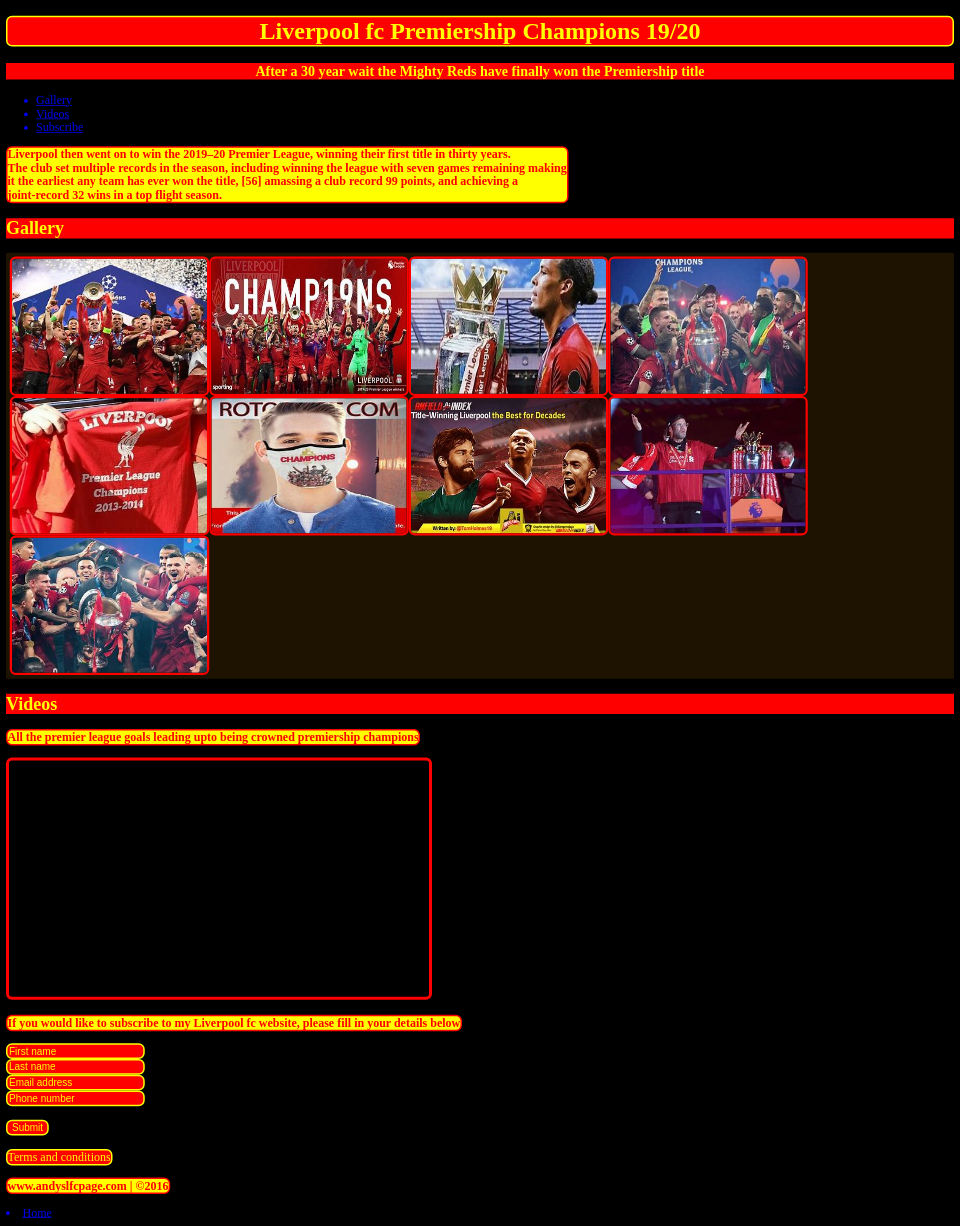
Repository: andyd71/HTML_and_CSS
Page: one_page_website/One_Page_Website.html
The author's editor kept a copy of each file at every save. The page is drawn from the files as they stood at one save, then again after the next save.
The browser window is 1280 px wide. The pictures show the whole page, at 75% of full size.
Pictures or frames that could not be fetched are drawn as grey boxes.

Above is the page before, as saved 2020-10-09 13:46:34.

### one_page_website/One_Page_Website.html
<!DOCTYPE html>
<html lang="en">
<head>
<meta charset="utf-8">
<title>My LFC webpage</title>
<link rel = "stylesheet" type = "text/CSS" href = "./css/One_Page_Website.css">
</head>
<body>
<div id="home">
<header>
<h1>Liverpool fc Premiership Champions 19/20 </h1>
<h3>After a 30 year wait the Mighty Reds have finally won the Premiership title</h3>
</header>
<!--NAV-->

</div>
<div>
<ul>
<a href="#gallery"><li>Gallery</li>
<a href="#videos"><li>Videos</li>
<a href="#subscription"><li>Subscribe</li></a>
</ul>
</div>
<!--END NAV-->
<!--HOME-->
<div id="home">
<p>Liverpool then went on to win the 2019–20 Premier League, winning their first title in thirty years.<br>
 The club set multiple records in the season, including winning the league with seven games remaining making<br>
 it the earliest any team has ever won the title, [56] amassing a club record 99 points, and achieving a <br>
 joint-record 32 wins in a top flight season.</p>
 </div>
 <!--END HOME-->
 <!--GALLERY-->
 <h2>Gallery</h2>
 <div id="gallery">
    <div id="flex-container">

 <img src="./images/lfc1.jpeg" alt="lfc celebrations"></img><br>
 <img src="./images/lfc2.jpeg" alt="lfc celebrations2"></img><br>
 <img src="./images/lfc3.jpeg" alt="van dyk and trophy"></img><br>
 <img src="./images/lfc4.jpeg" alt="jurgen klopp"></img><br>
 <img src="./images/lfc5.jpeg" alt="lfc t shirt"></img><br>
 <img src="./images/lfc6.jpeg" alt="lfc face mask"></img><br>
 <img src="./images/lfc7.jpeg" alt="lfc trio"></img><br>
 <img src="./images/lfc8.jpeg" alt="jurgen klopp 2"></img><br>
 <img src="./images/lfc9.jpeg" alt="jurgen klopp 3"></img><br>
</div>
</div>
 <!--END GALLERY-->
 <!--VIDEO-->
 <div id="videos">
 <h2>Videos</h2>
 <p>All the premier league goals leading upto being crowned premiership champions</p>
 <iframe width="560" height="315" src="https://www.bing.com/videos/search?q=lfc+premier+league+champions&&view=detail&mid=1A960A4E3B330AA705841A960A4E3B330AA70584&&FORM=VRDGAR&ru=%2Fvideos%2Fsearch%3Fq%3Dlfc%2Bpremier%2Bleague%2Bchampions%26qs%3DAS%26form%3DQBVLPG%26sp%3D1%26pq%3Dlfc%2Bpremier%26sc%3D8-11%26cvid%3DD1CF79B54EFC4960A0E7F0BA9E0FD3FC" frameborder="0" allow="accelerometer; encrypted-media; gyroscope; picture-in-picture" allowfullscreen></iframe>
 </div>
<!--END VIDEO-->
<!--SUBSCRIPTION-->
<div id="subscription">
<p>If you would like to subscribe to my Liverpool fc website, please fill in your details below</p>

<form action="" method="post">
<input class="subscription" type="text" value="First name"><br>
<input class="subscription" type="text" value="Last name"><br>
<input class="subscription" type="text" value="Email address"><br>
<input class="subscription" type="text" value="Phone number"><br><br>
<input type="submit" value="Submit"><br><br>
<div id= "terms">
<label class="terms">Terms and conditions</label><br>
</div>
</form>
</div>
<!--END SUBSCRIPTION-->

<!--FOOTER-->
<footer>
<div>
<p>www.andyslfcpage.com&nbsp;|&nbsp;&copy;2016</p>


</div>
<a href="#home" id="link"><li>Home</li>
</footer>
<!--END FOOTER-->

### one_page_website/css/One_page_website.css

body {
	background-color: black;
}



h1 {

	color : yellow;
	text-align : center;
	font-weight : bold;
	background : red;
	border: 2px solid yellow;
	border-radius: 8px;
}
h3 {
	color : yellow;
	text-align : center;
	background : red;
}
h2 {
	color : yellow;
	background : red;
}



p  {
	color : red;
	background: yellow;
	border: 2px solid red;
	border-radius: 8px;
	font-size: 16px;
	font-weight: 900;
	width: fit-content;
}

 input {
	border: 2px solid yellow;
	background-color: red;
	color: yellow;
	border-radius: 8px;
}

#terms {
	border: 2px solid yellow;
	background-color: red;
	color: yellow;
	border-radius: 8px;
	width: fit-content;
}

iframe {
	border: 4px solid red;
	border-radius: 8px;
}





#flex-container {
	display: -webkit-flex;
    display: flex;
    flex-wrap: wrap;
    padding: 5px;
    border-radius: 2px;
	margin: 0px auto;
	background-color: rgba(100, 65, 0, .3);
    box-shadow: 2px 2px 10px 0 rgba(0, 0, 0, 0.5);
}

#flex-container img {
	border: 3px solid red;
	width: 260px;
	height: 180px;
	border-radius: 8px;
}

After the next save:
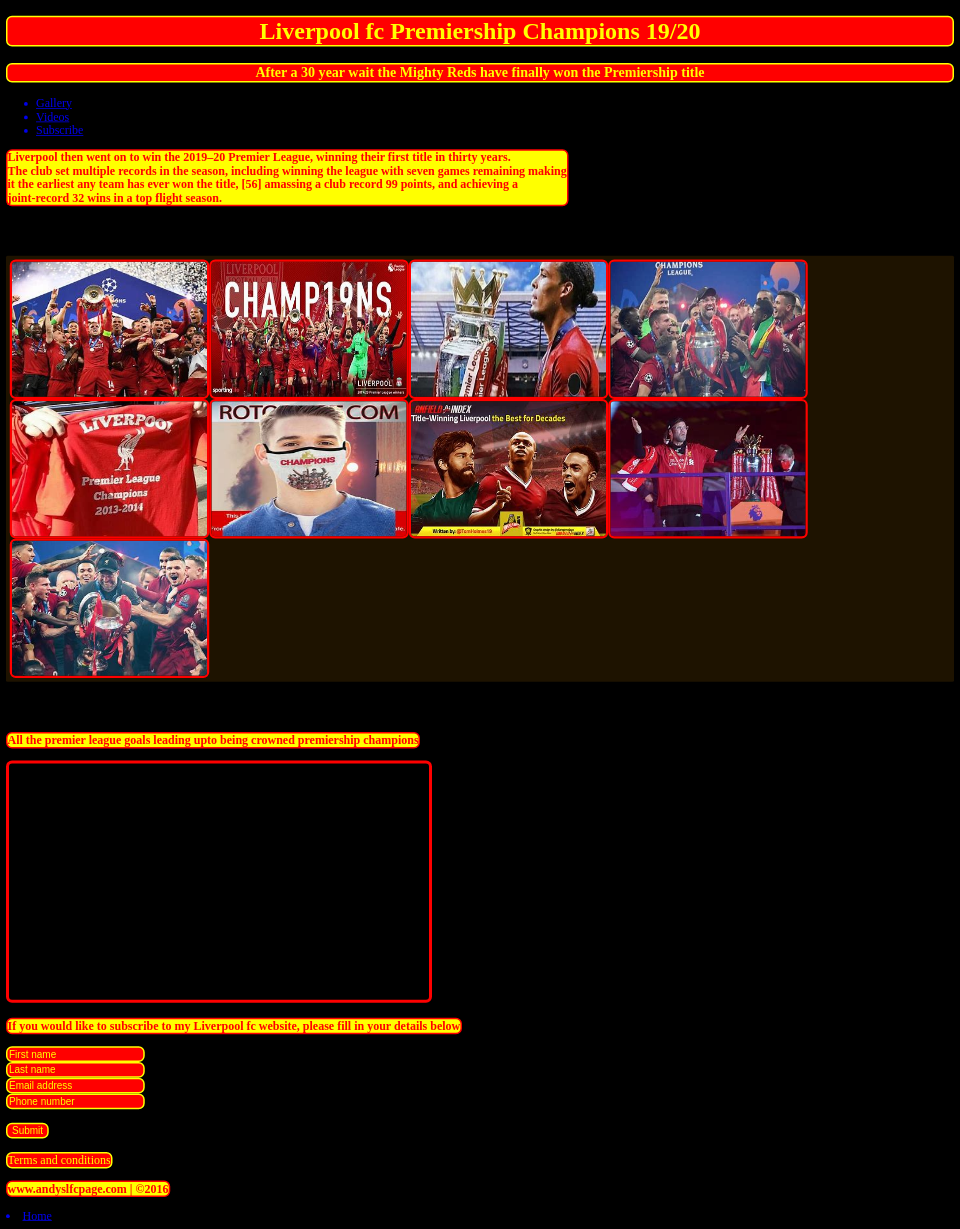
Saved 39 s later.
--- a/one_page_website/css/One_page_website.css
+++ b/one_page_website/css/One_page_website.css
@@ -18,6 +18,9 @@
 	color : yellow;
 	text-align : center;
 	background : red;
+	border: 2px solid yellow;
+	border-radius: 8px;
+}
 }
 h2 {
 	color : yellow;
